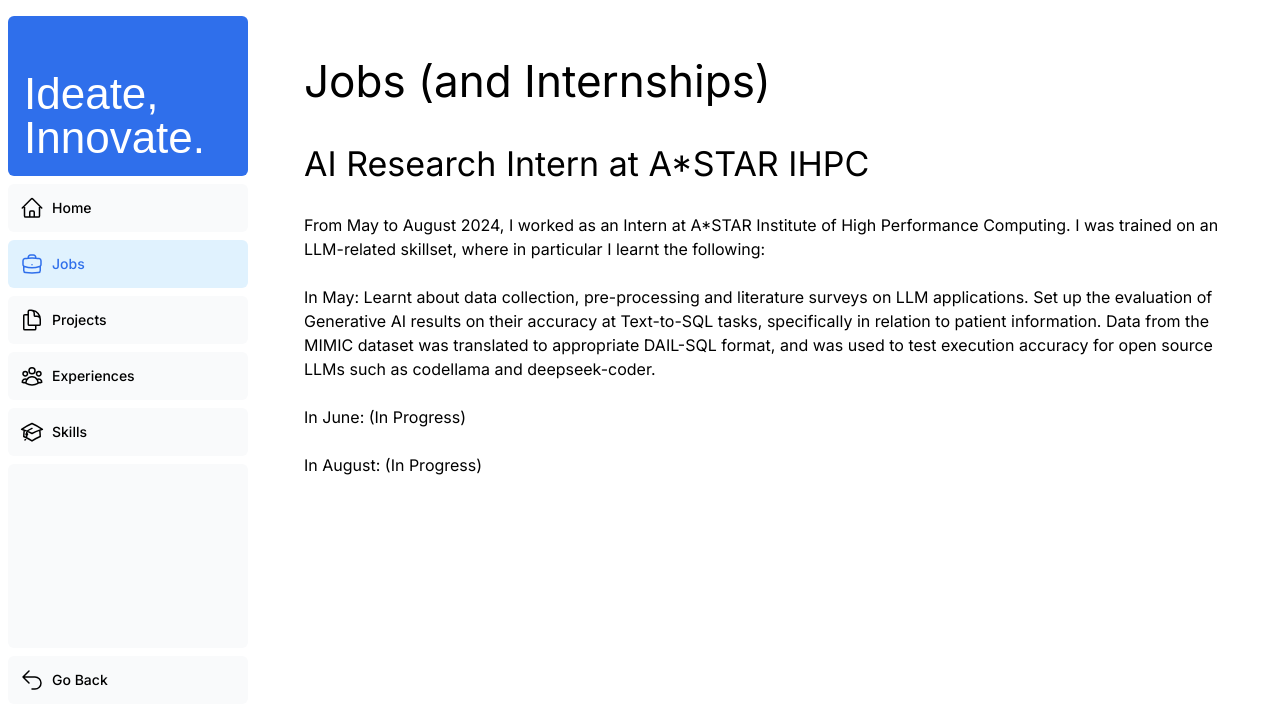
Repository: ThatGirlJam/jaime-portfolio
Page: /dashboard/jobs
An editor plug-in stored every save of this project. The page is shown before and after the next save, followed by the edit.
The browser window is 1280 px wide. The pictures show the whole page.
Some web fonts or font styles are not loaded; a fallback is used. The project was rebuilt for these pictures with package versions that can differ from the ones it lists, and the page was loaded fresh each time. The framework's server and built-in components were replaced by stand-ins that run in the browser. Also part of the build but not shown: next.config.js.

Above is the page before, as saved 2024-06-05 20:37:46.

After the next save:
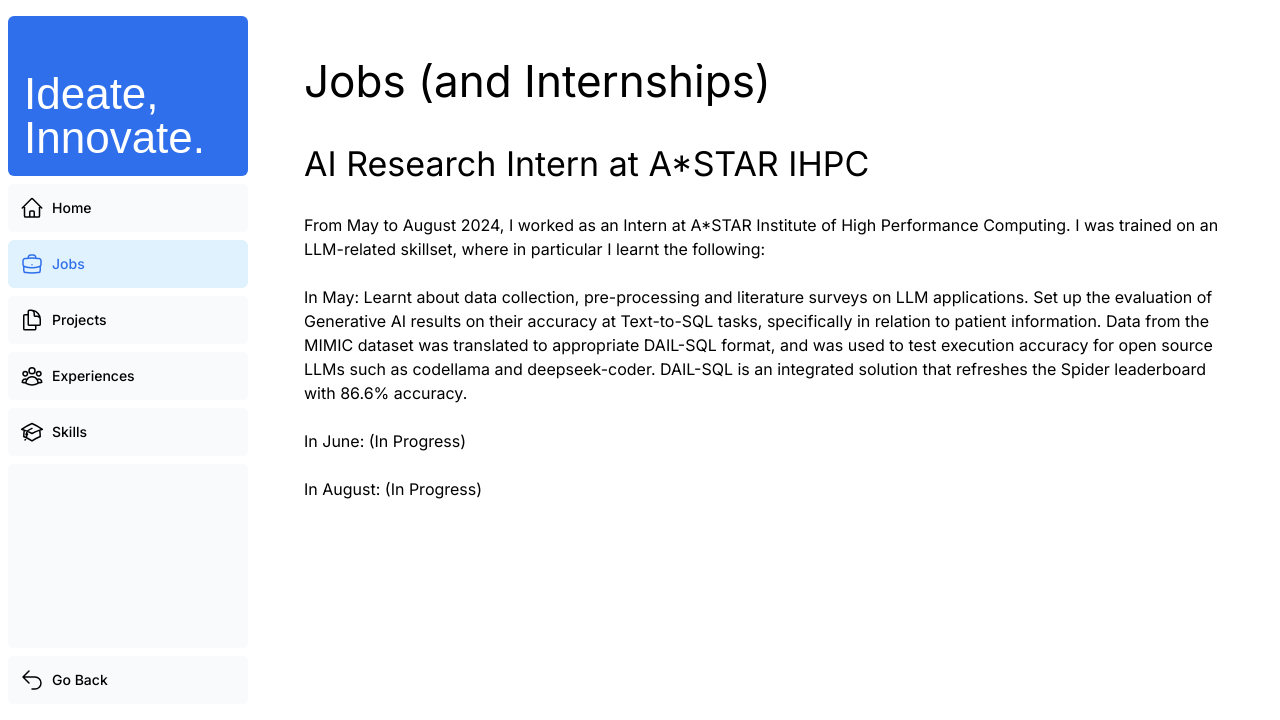
Saved 5 min 47 s later.
--- a/app/dashboard/jobs/page.tsx
+++ b/app/dashboard/jobs/page.tsx
@@ -18,7 +18,9 @@
         results on their accuracy at Text-to-SQL tasks, specifically in relation
         to patient information. Data from the MIMIC dataset was translated to
         appropriate DAIL-SQL format, and was used to test execution accuracy for
-        open source LLMs such as codellama and deepseek-coder.
+        open source LLMs such as codellama and deepseek-coder. DAIL-SQL is an
+        integrated solution that refreshes the Spider leaderboard with 86.6%
+        accuracy.
       </p>
       <br />
       <p>In June: (In Progress)</p>
